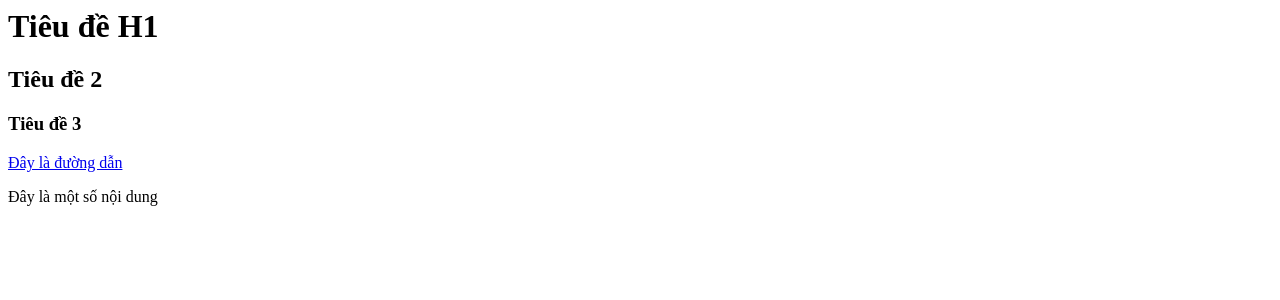
Repository: quangkhoi1228/quangkhoi1228-guide
Page: frontend-can-ban/index.html
An editor plug-in stored every save of this project. The page is shown before and after a run of saves, followed by the edit.
The browser window is 1280 px wide. The pictures show the whole page.

Above is the page before, as saved 2022-05-11 23:29:52.

After the next 2 saves:
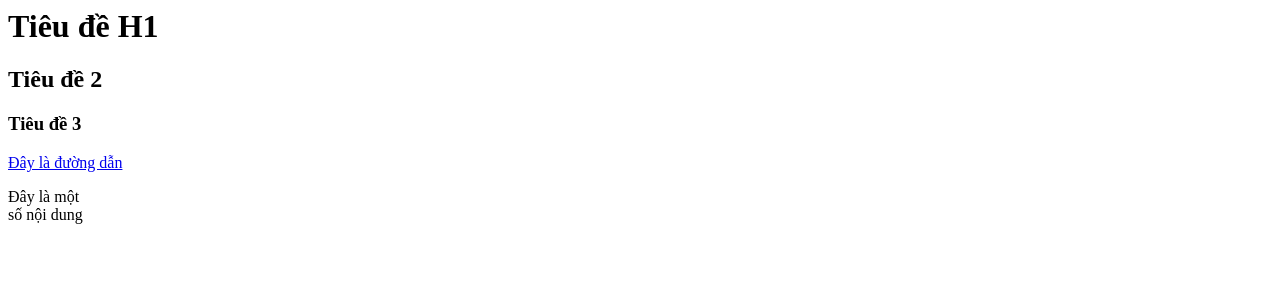
The 2 saves are shown as one change because they came seconds apart.
The last was saved 17 s later.
--- a/frontend-can-ban/index.html
+++ b/frontend-can-ban/index.html
@@ -9,4 +9,4 @@
 <a href="https://google.com">Đây là đường dẫn</a>
 
 
-<p>Đây là một số nội dung </p>
+<p>Đây là một <br /> số nội dung </p>
